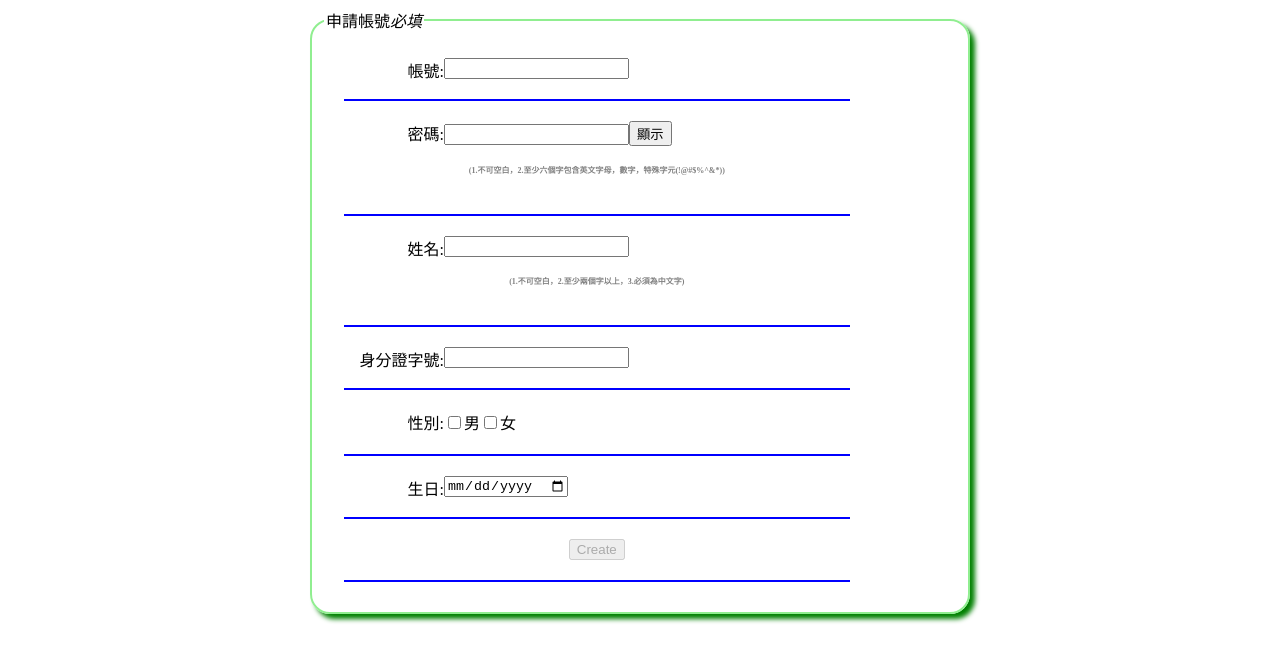
Repository: cctytw2000/JavaSecondProject
Page: Member/EEIT109_35/src/main/webapp/html/RegisteredMember.html
The author's editor kept a copy of each file at every save. The page is drawn from the files as they stood at one save, then again after the next save.
The browser window is 1280 px wide. The pictures show the whole page.

Above is the page before, as saved 2019-09-07 02:03:23.

After the next save:
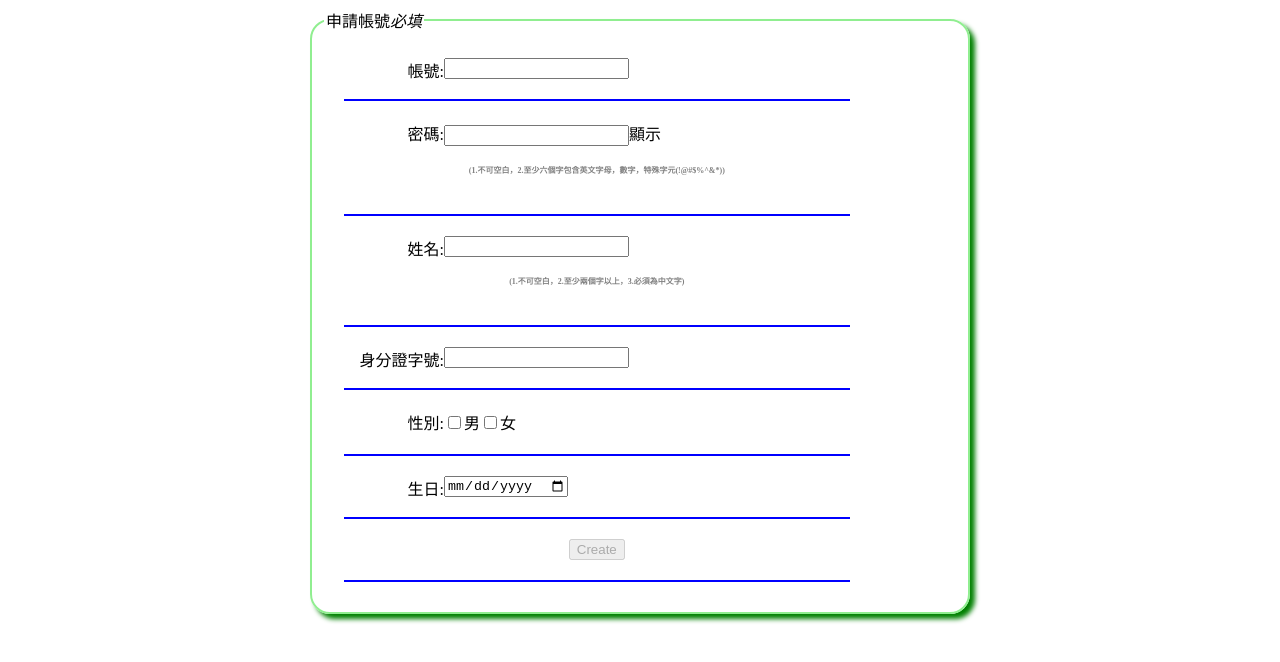
Saved 43 s later.
--- a/Member/EEIT109_35/src/main/webapp/html/RegisteredMember.html
+++ b/Member/EEIT109_35/src/main/webapp/html/RegisteredMember.html
@@ -17,7 +17,7 @@
 <label class='label1'>帳號:</label><input type="text" id="account" name="account"><span id="account_msg"></span>
 </div>
 <div class="div1">
-<label class='label1'>密碼:</label><input type="password" id="password" name="password"><span id="msg_password"></span><button id="open"><a>顯示</a></button>
+<label class='label1'>密碼:</label><input type="password" id="password" name="password"><span id="msg_password"></span><span id="open">顯示</span>
 <h6 style="color: gray;font-size: 8px">(1.不可空白，2.至少六個字包含英文字母，數字，特殊字元(!@#$%^&*))</h6>
 </div>
 <div class="div1">
